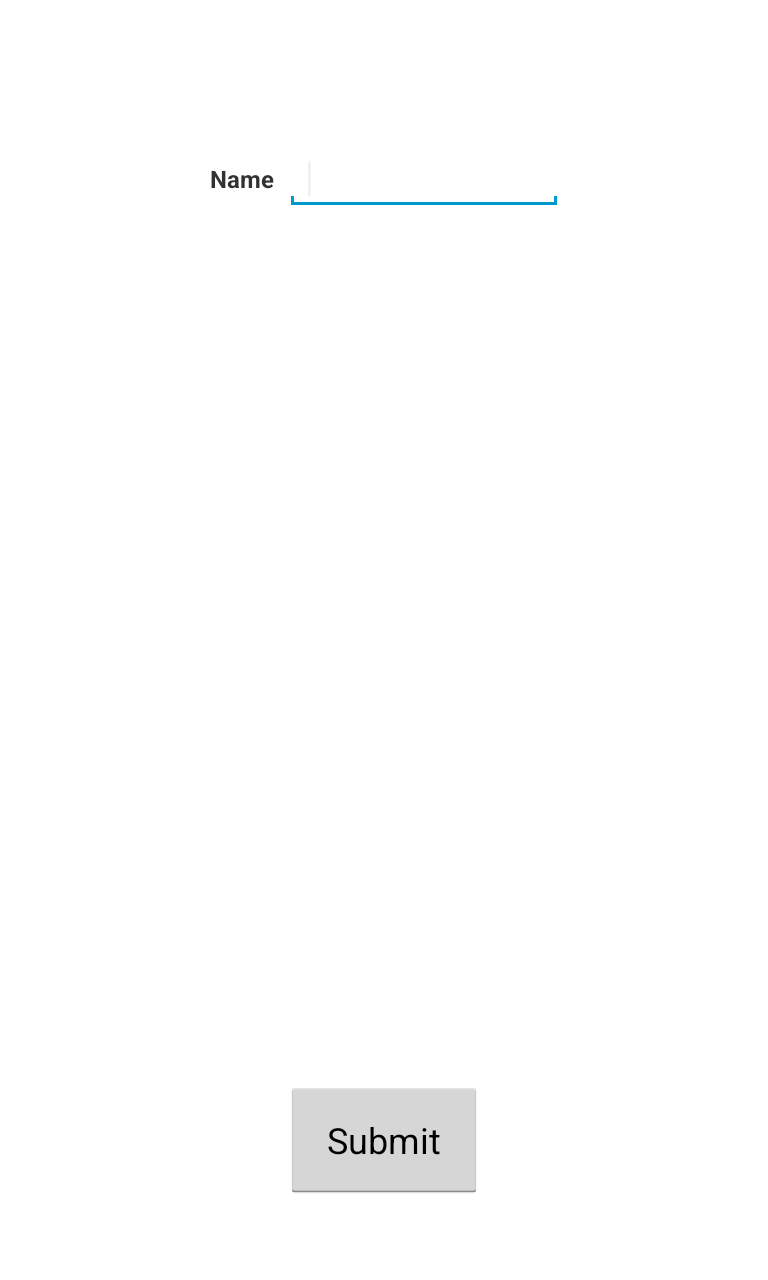
Repository: rwillmot/CS180-SafeWalk-Phase2
Layout: SafeWalkAndroidClient/res/layout/client_fragment_layout.xml
An editor plug-in stored every save of this project. The layout is shown before and after the next save, followed by the edit.
It is drawn on a 768 x 1280 px phone screen (xhdpi) without system bars, with theme AppTheme; the app's code is not run.

Above is the layout before, as saved 2014-12-02 21:07:59.

### SafeWalkAndroidClient/res/layout/client_fragment_layout.xml
<RelativeLayout xmlns:android="http://schemas.android.com/apk/res/android"
    xmlns:tools="http://schemas.android.com/tools"
    android:layout_width="match_parent"
    android:layout_height="match_parent"
    android:paddingBottom="@dimen/activity_vertical_margin"
    android:paddingLeft="@dimen/activity_horizontal_margin"
    android:paddingRight="@dimen/activity_horizontal_margin"
    android:paddingTop="@dimen/activity_vertical_margin"
    tools:context="edu.purdue.rwillmo.MainActivity" >

    <!-- TODO your layout here -->

    <Button
        android:id="@+id/bu_submit"
        android:layout_width="wrap_content"
        android:layout_height="wrap_content"
        android:layout_alignParentBottom="true"
        android:layout_centerHorizontal="true"
        android:layout_marginBottom="24dp"
        android:enabled="true"
        android:gravity="center"
        android:minHeight="60dp"
        android:minWidth="100dp"
        android:onClick="onSubmit"
        android:padding="@dimen/padding"
        android:text="@string/submit" />

    <TextView
        android:id="@+id/et_name"
        android:layout_width="wrap_content"
        android:layout_height="wrap_content"
        android:layout_alignParentTop="true"
        android:layout_marginTop="60dp"
        android:layout_toLeftOf="@+id/bu_submit"
        android:padding="@dimen/padding"
        android:text="Name"
        android:textSize="12sp"
        android:textStyle="bold" />

    <EditText
        android:id="@+id/tv_name"
        android:layout_width="wrap_content"
        android:layout_height="wrap_content"
        android:layout_alignBaseline="@+id/et_name"
        android:layout_alignBottom="@+id/et_name"
        android:layout_toRightOf="@+id/et_name"
        android:ems="10"
        android:inputType="number"
        android:text=""
        android:textSize="12sp" >

        <requestFocus />
    </EditText>

</RelativeLayout>

### SafeWalkAndroidClient/res/values/styles.xml
<resources xmlns:android="http://schemas.android.com/apk/res/android">

    <!--
        Base application theme, dependent on API level. This theme is replaced
        by AppBaseTheme from res/values-vXX/styles.xml on newer devices.
    -->
    <style name="AppBaseTheme" parent="android:Theme.Light">
        <!--
            Theme customizations available in newer API levels can go in
            res/values-vXX/styles.xml, while customizations related to
            backward-compatibility can go here.
        -->
    </style>

    <!-- Application theme. -->
    <style name="AppTheme" parent="AppBaseTheme">

        <!-- All customizations that are NOT specific to a particular API-level can go here. -->
    </style>

    <style name="TitleBarText">
        <item name="android:layout_width">0dp</item>
        <item name="android:layout_height">fill_parent</item>
        <item name="android:layout_weight">1</item>
        <item name="android:gravity">center_vertical</item>
        <item name="android:textSize"> 17sp </item>
        <item name="android:paddingLeft">12dip</item>
        <item name="android:paddingRight">12dip</item>
        <item name="android:textColor">@color/white</item>
        <item name="android:singleLine">true</item>
        <item name="android:ellipsize">end</item>
    </style>

    <style name="ActionBarButton">
        <item name="android:layout_width">wrap_content</item>
        <item name="android:layout_height">wrap_content</item>
        <item name="android:background">@color/menu_button</item>
        <item name="android:textColor">@color/white</item>
        <item name="android:ellipsize">end</item>
        <item name="android:singleLine">true</item>
        <item name="android:textSize">@dimen/text_size_small</item>
    </style>

    <style name="MyActionBar" parent="@android:style/Widget.Holo.Light.ActionBar">
        <item name="android:background">@color/action_bar</item>
    </style>

</resources>

### SafeWalkAndroidClient/res/values/dimens.xml
<resources>

    <!-- Default screen margins, per the Android Design guidelines. -->
    <dimen name="activity_horizontal_margin">16dp</dimen>
    <dimen name="activity_vertical_margin">16dp</dimen>
    <dimen name="padding">5dp</dimen>
    <dimen name="title_size">28sp</dimen>
    <dimen name="text_size_medium">24sp</dimen>
    <dimen name="text_size_small">20sp</dimen>
    <dimen name="margin_bigline">20dp</dimen>
    <dimen name="min_button_width">100dp</dimen>
    <dimen name="margin_top">50dp</dimen>
    <dimen name="margin_left">60dp</dimen>
    <dimen name="margin_right">60dp</dimen>

    <dimen name="margin_line">30dp</dimen>

</resources>

### SafeWalkAndroidClient/res/values/colors.xml
<resources>

    <!-- Default screen margins, per the Android Design guidelines. -->
    <color name="white">#FFFFFFFF</color>
    <color name="light_grey">#FFD8D9DF</color>
    <color name="dark_grey">#FF595C6E</color>
    <color name="salmon">#FFFFA239</color>
    <color name="submit">#FFAD5700</color>
    <color name="action_bar">#991B1969</color>
    <color name="menu_button">#FF545385</color>
</resources>

### SafeWalkAndroidClient/res/values/strings.xml
<?xml version="1.0" encoding="utf-8"?>
<resources>
    <string name="app_name">SafeWalk</string>
    <string name="server">Server</string>
    <string name="client">Client</string>
    <string name="submit">Submit</string>
    <string name="match">Match</string>
    <string name="start_over">Start Over</string>
    <string name="default_host">10.0.2.2</string>
    <string name="default_port">8888</string>
    <string name="default_command">:FAKE_COMMAND</string>
    <string name="host">Host</string>
    <string name="port">Port</string>
</resources>

Loaded but not shown: SafeWalkAndroidClient/res/values-v11/styles.xml (common file); SafeWalkAndroidClient/res/values-v14/styles.xml (common file); SafeWalkAndroidClient/res/values-w820dp/dimens.xml (common file)

After the next save:
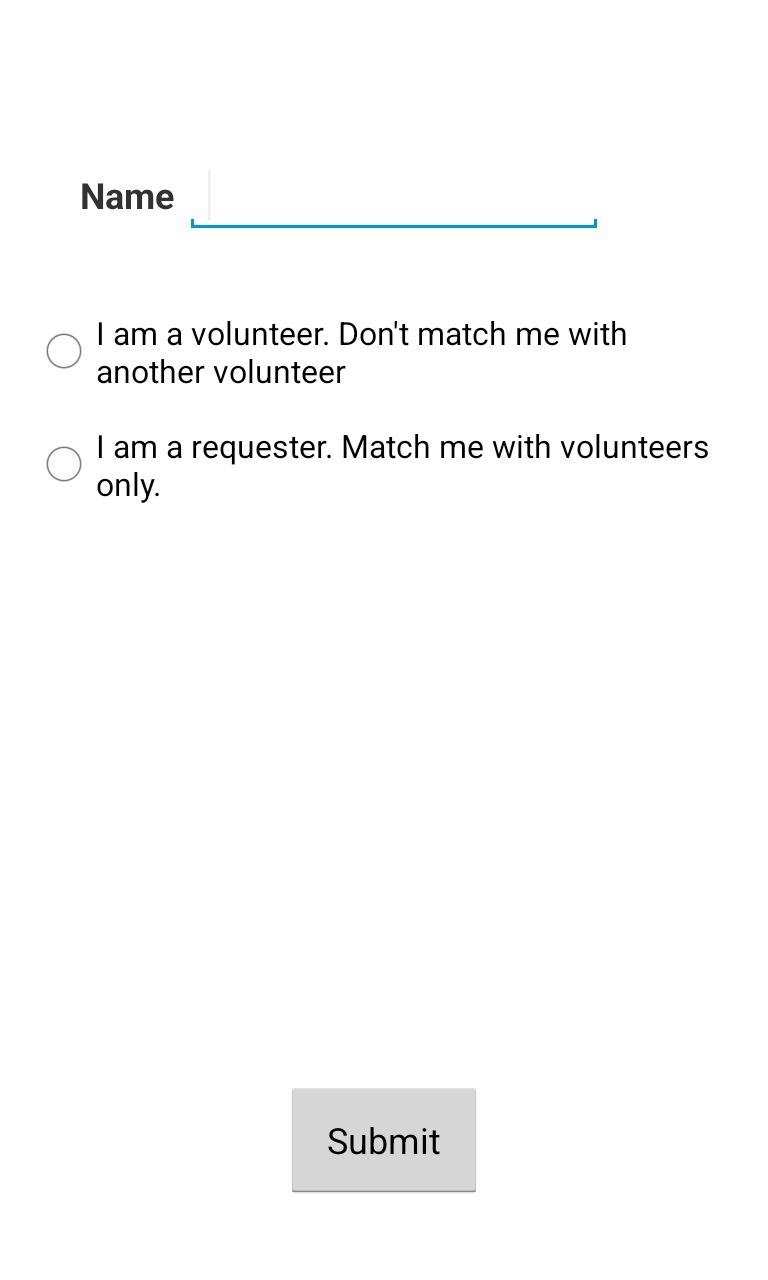
Saved 21 min 9 s later.
--- a/SafeWalkAndroidClient/res/layout/client_fragment_layout.xml
+++ b/SafeWalkAndroidClient/res/layout/client_fragment_layout.xml
@@ -25,18 +25,6 @@
         android:padding="@dimen/padding"
         android:text="@string/submit" />
 
-    <TextView
-        android:id="@+id/et_name"
-        android:layout_width="wrap_content"
-        android:layout_height="wrap_content"
-        android:layout_alignParentTop="true"
-        android:layout_marginTop="60dp"
-        android:layout_toLeftOf="@+id/bu_submit"
-        android:padding="@dimen/padding"
-        android:text="Name"
-        android:textSize="12sp"
-        android:textStyle="bold" />
-
     <EditText
         android:id="@+id/tv_name"
         android:layout_width="wrap_content"
@@ -45,11 +33,52 @@
         android:layout_alignBottom="@+id/et_name"
         android:layout_toRightOf="@+id/et_name"
         android:ems="10"
-        android:inputType="number"
+        android:inputType="textPassword"
         android:text=""
-        android:textSize="12sp" >
+        android:textSize="18sp" >
 
         <requestFocus />
     </EditText>
 
+    <TextView
+        android:id="@+id/et_name"
+        android:layout_width="wrap_content"
+        android:layout_height="wrap_content"
+        android:layout_alignParentLeft="true"
+        android:layout_alignParentTop="true"
+        android:layout_marginLeft="19dp"
+        android:layout_marginTop="64dp"
+        android:padding="@dimen/padding"
+        android:text="Name"
+        android:textSize="18sp"
+        android:textStyle="bold" />
+
+    <RadioGroup
+        xmlns:android="http://schemas.android.com/apk/res/android"
+        android:id="@+id/radioGroup1"
+        android:layout_width="fill_parent"
+        android:layout_height="wrap_content"
+        android:orientation="vertical" >
+    </RadioGroup>
+
+    <RadioButton
+        android:id="@+id/radio_ninjas"
+        android:layout_width="wrap_content"
+        android:layout_height="wrap_content"
+        android:layout_alignParentRight="true"
+        android:layout_below="@+id/radio_pirates"
+        android:layout_marginTop="16dp"
+        android:onClick="onRadioButtonClicked"
+        android:text="I am a requester. Match me with volunteers only." />
+
+    <RadioButton
+        android:id="@+id/radio_pirates"
+        android:layout_width="wrap_content"
+        android:layout_height="wrap_content"
+        android:layout_alignLeft="@+id/radio_ninjas"
+        android:layout_below="@+id/tv_name"
+        android:layout_marginTop="38dp"
+        android:onClick="onRadioButtonClicked"
+        android:text="I am a volunteer. Don&apos;t match me with another volunteer" />
+
 </RelativeLayout>
